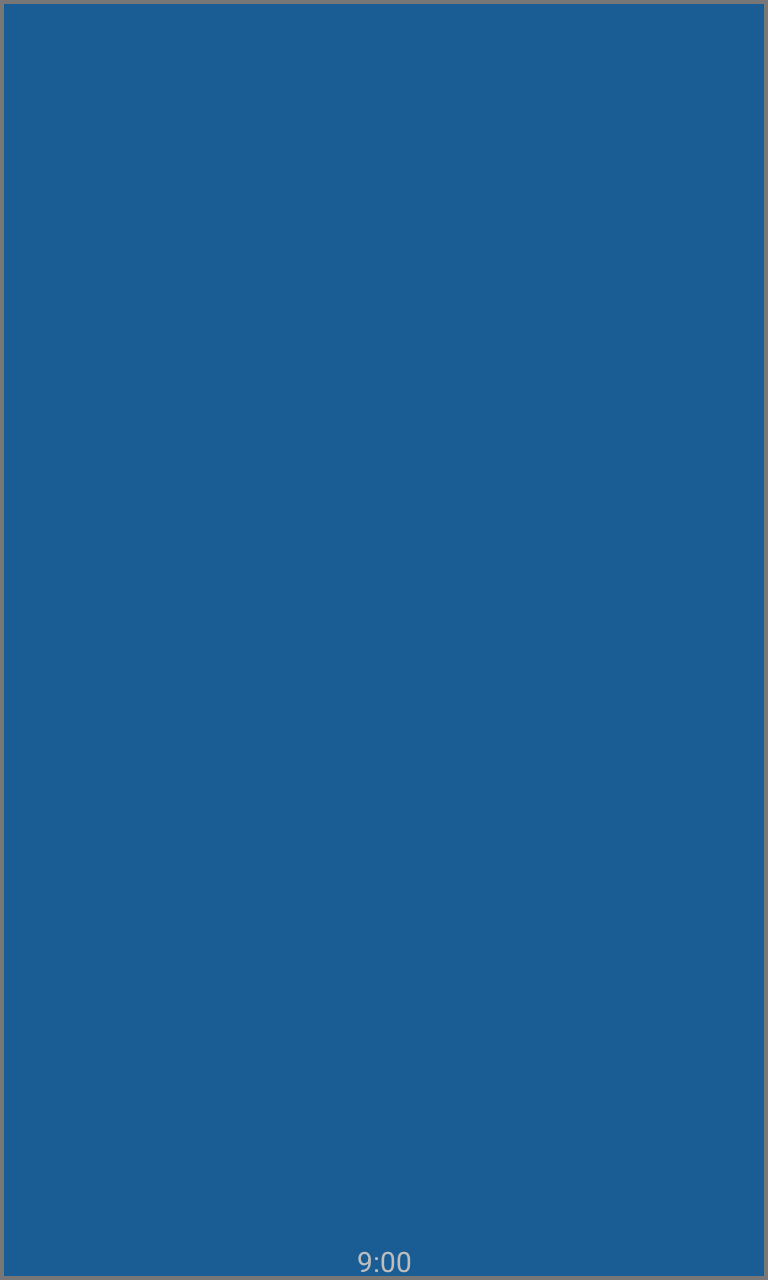
Repository: appsfactory/OfficeHours
Layout: OfficeHoursClient/res/layout/timeboxborder.xml
An editor plug-in stored every save of this project. The layout is shown before and after the next save, followed by the edit.
It is drawn on a 768 x 1280 px phone screen (xhdpi) without system bars, with theme AppTheme; the app's code is not run.

Above is the layout before, as saved 2012-09-28 14:47:40.

After the next save:
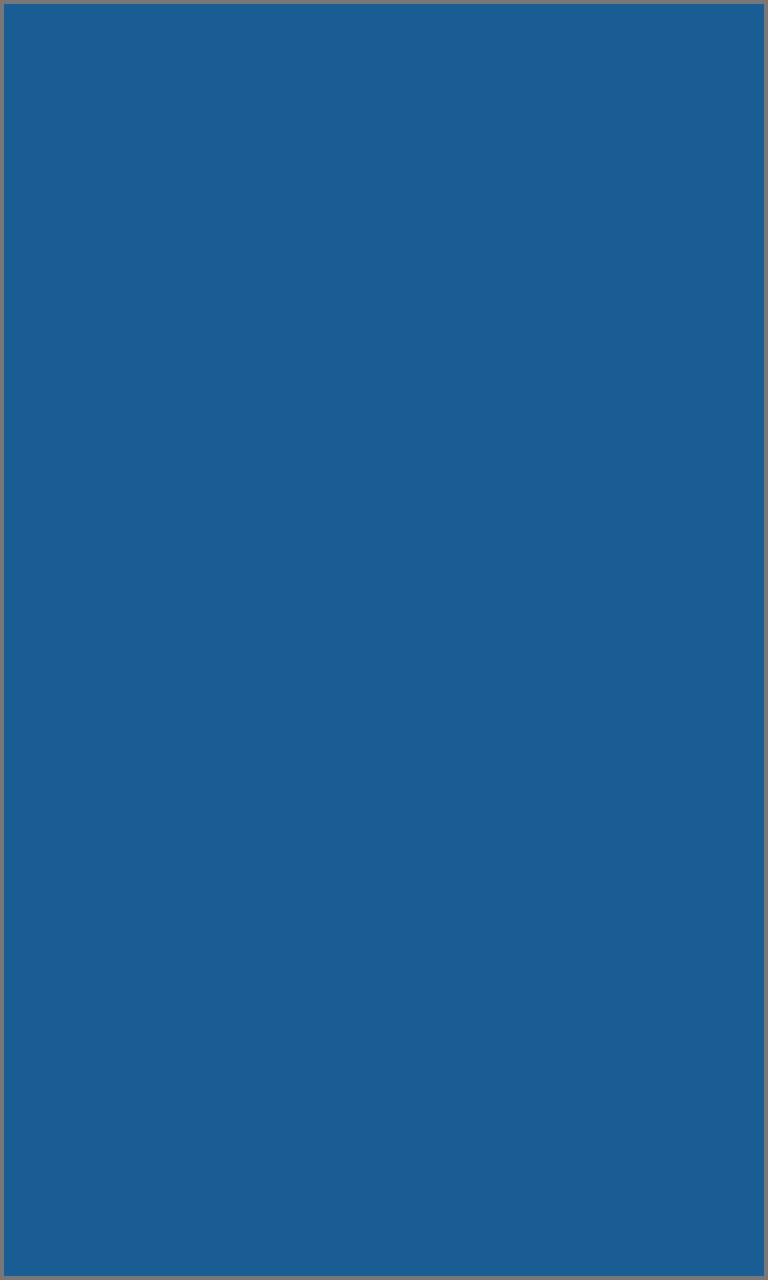
Saved 11 s later.
--- a/OfficeHoursClient/res/layout/timeboxborder.xml
+++ b/OfficeHoursClient/res/layout/timeboxborder.xml
@@ -5,12 +5,5 @@
     android:layout_margin="2dp"
     android:background="#777">
     <View android:background="#195D94" android:layout_width = "fill_parent" android:layout_height="fill_parent" android:layout_margin="2dp" />
-    <TextView
-        android:id="@+id/bottom_time"
-    	android:layout_width="fill_parent"
-    	android:layout_height="wrap_content"
-    	android:layout_alignParentBottom="true"
-    	android:text="9:00"
-    	android:gravity="center_horizontal"/>
 
 </RelativeLayout>
